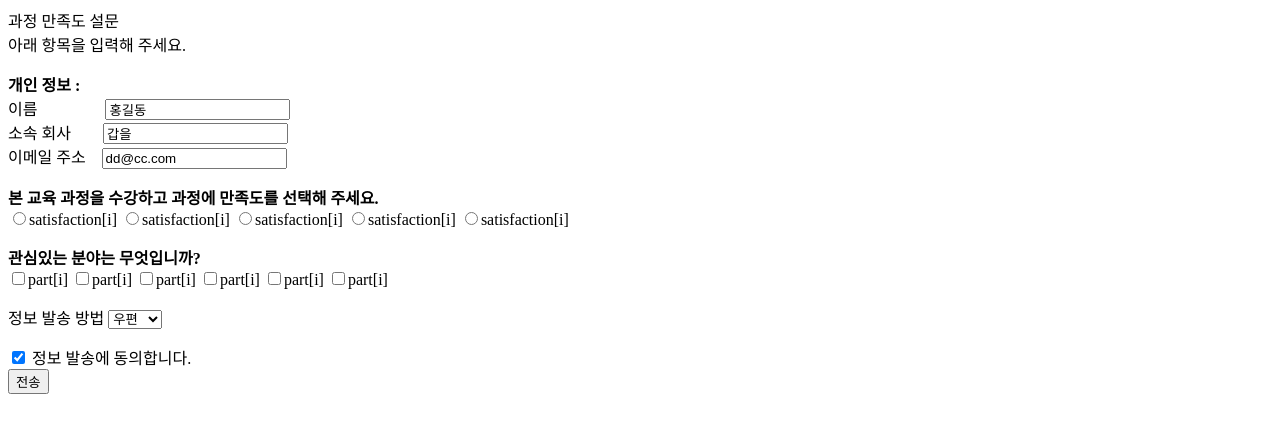
Repository: uj06134/Metabuild_JSP
Page: http://localhost/12_DB_Survey/insertForm.jsp
The author's editor kept a copy of each file at every save. The page is drawn from the files as they stood at one save, then again after the next save.
The browser window is 1280 px wide. The pictures show the whole page.
The page is served by Tomcat 9.

Above is the page before, as saved 2025-09-18 01:03:02.

After the next save:
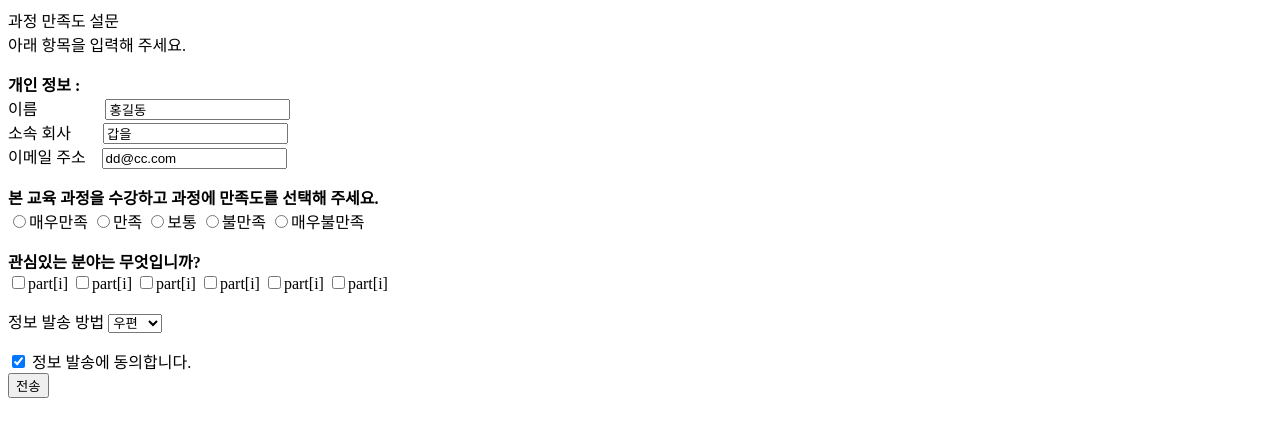
Saved 12 s later.
--- a/12_DB_Survey/src/main/webapp/insertForm.jsp
+++ b/12_DB_Survey/src/main/webapp/insertForm.jsp
@@ -24,7 +24,7 @@
 <%
     for (int i = 0; i < satisfaction.length; i++) {
 %>
-		<input type="radio" name = "satisfaction" value="<%= satisfaction[i] %>">satisfaction[i]
+		<input type="radio" name = "satisfaction" value="<%= satisfaction[i] %>"><%= satisfaction[i] %>
 <%
     }
 %>
